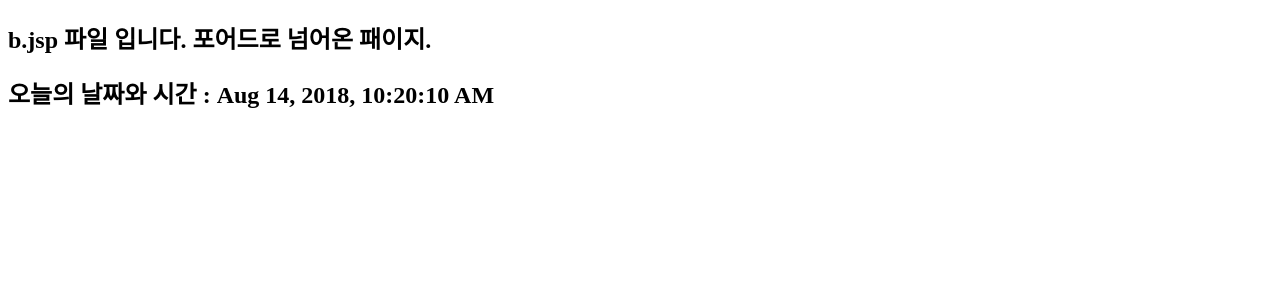
Repository: hodob/JSP_Practice
Page: http://localhost/JSP_WebMarket_JJH/ch04_ex/test.jsp
These files come from the project's save history. The page is drawn as it stood at one moment and after the next save; the edit follows.
The browser window is 1280 px wide. The pictures show the whole page.
The page is served by Tomcat 9.

Above is the page before, as saved 2022-08-09 00:11:11.

After the next save:
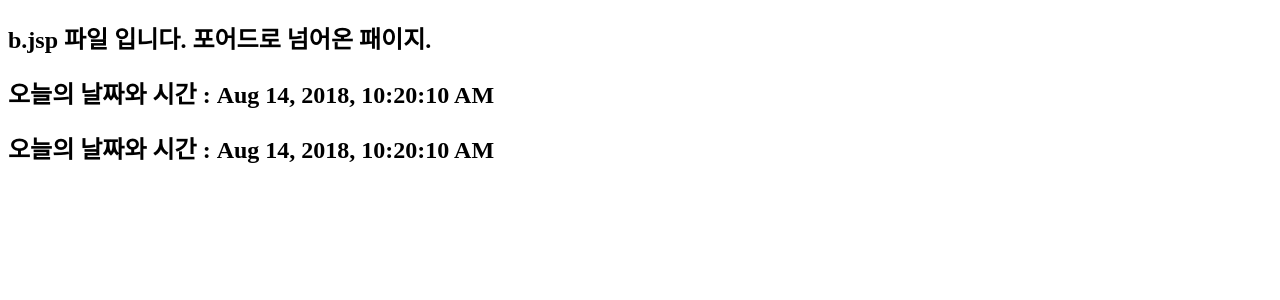
Saved 4 min 22 s later.
--- a/JSP_WebMarket_JJH/WebContent/ch04_ex/b.jsp
+++ b/JSP_WebMarket_JJH/WebContent/ch04_ex/b.jsp
@@ -1,5 +1,5 @@
 <%@ page language="java" contentType="text/html; charset=UTF-8"
-    pageEncoding="UTF-8"%>
+	pageEncoding="UTF-8"%>
 <!DOCTYPE html>
 <html>
 <head>
@@ -8,8 +8,12 @@
 </head>
 <body>
 
-<h2> b.jsp 파일 입니다. 포어드로 넘어온 패이지.</h2>
+	<h2>b.jsp 파일 입니다. 포어드로 넘어온 패이지.</h2>
 
-<h2>오늘의 날짜와 시간 : <%=(new java.util.Date().toLocaleString()) %></h2>
+	<h2>
+		오늘의 날짜와 시간 :
+		<%=(new java.util.Date().toLocaleString()) %></h2>
+		<h2>오늘의 날짜와 시간 :
+		<%=(new java.util.Date().toLocaleString()) %></h2>
 </body>
 </html>

After the save that followed:
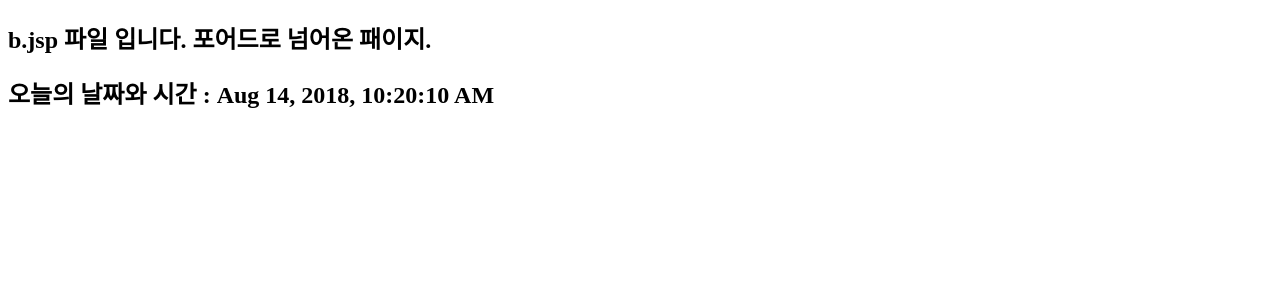
Saved 13 s later.
--- a/JSP_WebMarket_JJH/WebContent/ch04_ex/b.jsp
+++ b/JSP_WebMarket_JJH/WebContent/ch04_ex/b.jsp
@@ -10,9 +10,7 @@
 
 	<h2>b.jsp 파일 입니다. 포어드로 넘어온 패이지.</h2>
 
-	<h2>
-		오늘의 날짜와 시간 :
-		<%=(new java.util.Date().toLocaleString()) %></h2>
+
 		<h2>오늘의 날짜와 시간 :
 		<%=(new java.util.Date().toLocaleString()) %></h2>
 </body>
